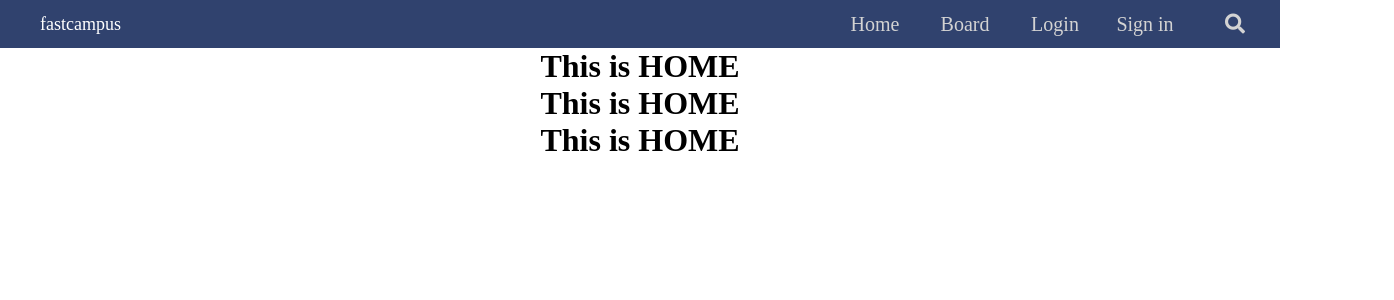
Repository: ReneeKang/Spring_jungsuk
Page: http://localhost/ch2/
The author's editor kept a copy of each file at every save. The page is drawn from the files as they stood at one save, then again after a run of saves.
The browser window is 1280 px wide. The page is 1280 px wide, then 1394 px, then 1280 px, so the pictures cover 1394 px, including what lies to the right of the window. The pictures show the whole page.
Some web libraries are served in a nearby version. The page is served by Tomcat 9.

Above is the page before, as saved 2022-04-17 09:30:44.

After the next 4 saves:
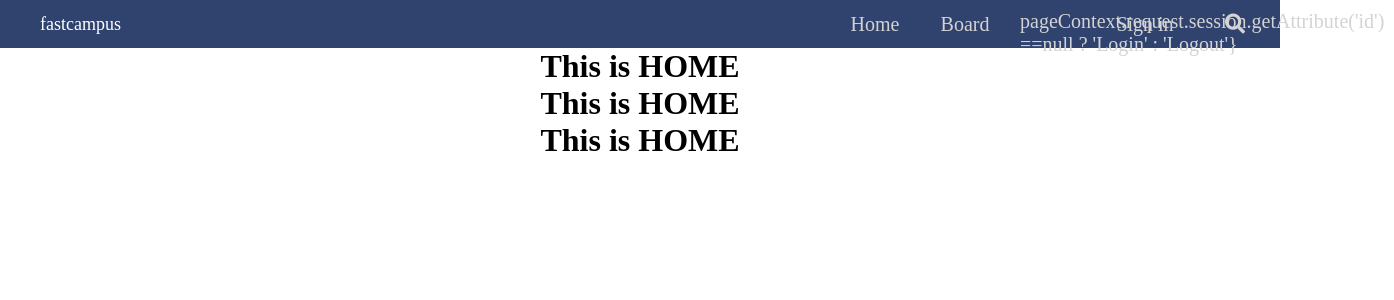
The 4 saves are shown as one change because 3 did not build or start.
The last was saved 21 min 27 s later.
--- a/ch2/src/main/webapp/WEB-INF/views/index.jsp
+++ b/ch2/src/main/webapp/WEB-INF/views/index.jsp
@@ -4,8 +4,8 @@
 <!--<c:set var="loginOutLink" value="${sessionScope.id==null ? '/login/login' : '/login/logout'}"/>
 <c:set var="loginOut" value="${sessionScope.id==null ? 'Login' : 'Logout'}"/>
 -->
-<c:set var="loginOutLink" value="${pageContext.request.session.getAttribute('id') ==null ? '/login/login' : '/login/logout'}"/>
-<c:set var="loginOut" value="${pageContext.request.session.getAttribute('id') ==null ? 'Login' : 'Logout'}"/>
+<c:set var="loginOutLink" value="pageContext.request.session.getAttribute('id') ==null ? '/login/login' : '/login/logout'}"/>
+<c:set var="loginOut" value="pageContext.request.session.getAttribute('id') ==null ? 'Login' : 'Logout'}"/>
 
 
 <!DOCTYPE html>

After the save that followed:
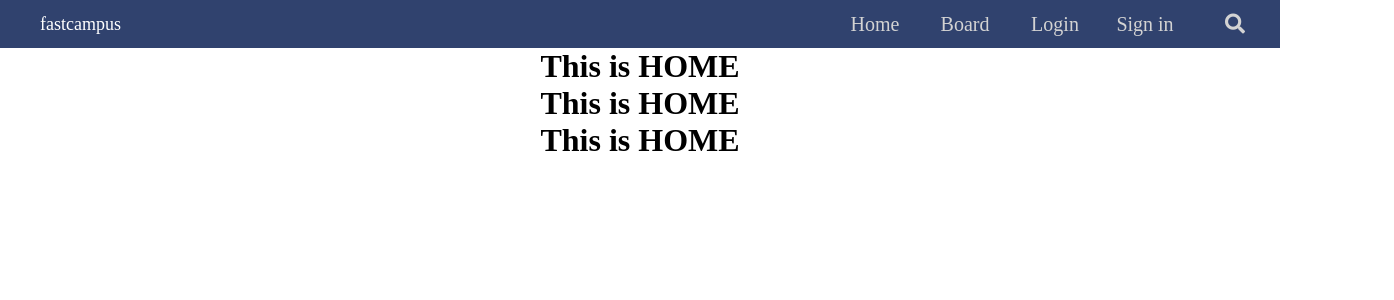
Saved 2 min 4 s later.
--- a/ch2/src/main/webapp/WEB-INF/views/index.jsp
+++ b/ch2/src/main/webapp/WEB-INF/views/index.jsp
@@ -4,9 +4,11 @@
 <!--<c:set var="loginOutLink" value="${sessionScope.id==null ? '/login/login' : '/login/logout'}"/>
 <c:set var="loginOut" value="${sessionScope.id==null ? 'Login' : 'Logout'}"/>
 -->
-<c:set var="loginOutLink" value="pageContext.request.session.getAttribute('id') ==null ? '/login/login' : '/login/logout'}"/>
-<c:set var="loginOut" value="pageContext.request.session.getAttribute('id') ==null ? 'Login' : 'Logout'}"/>
 
+<!--
+<c:set var="loginOutLink" value="${pageContext.request.session.getAttribute('id') ==null ? '/login/login' : '/login/logout'}"/>
+<c:set var="loginOut" value="${pageContext.request.session.getAttribute('id') ==null ? 'Login' : 'Logout'}"/>
+ -->
 
 <!DOCTYPE html>
 <html>
